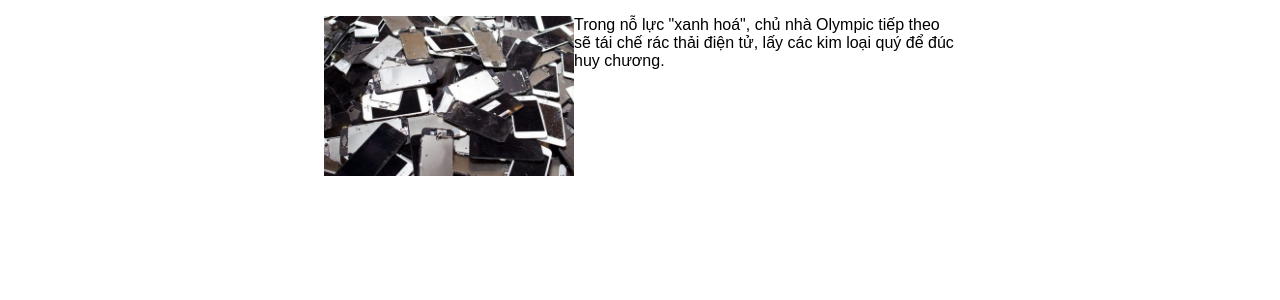
Repository: tuiladev/TKW
Page: CSS/Bai2/index.html
The author's editor kept a copy of each file at every save. The page is drawn from the files as they stood at one save, then again after a run of saves.
The browser window is 1280 px wide. The pictures show the whole page.

Above is the page before, as saved 2022-04-05 23:30:04.

### CSS/Bai2/index.html
<!DOCTYPE html>
<html lang="en">
   <head>
      <meta charset="UTF-8" />
      <title>21115053120156 - Dang Van Trung</title>
      <link rel="stylesheet" href="./style.css" />
   </head>
   <body>
      <div class="news">
         <img src="./images/anh1.jpg" alt="" class="news__img" align="left" />
         <p class="|">
            Trong nỗ lực "xanh hoá", chủ nhà Olympic tiếp theo sẽ tái chế rác thải điện tử, lấy các kim
            loại quý để đúc huy chương.
         </p>
      </div>
   </body>
</html>

### CSS/Bai2/style.css
body {
   font-family: sans-serif;
}
.news {
   width: 50%;
   margin: 0 auto;
}
.news__title {
   font-size: 24px;
   margin-bottom: 12px;
}
.news__img {
   width: 250px;
   height: 160px;
   object-fit: cover;
}
.news__desc {
   font-size: 20px;
   line-height: 1.5;
   margin: 0;
}

After the next 2 saves:
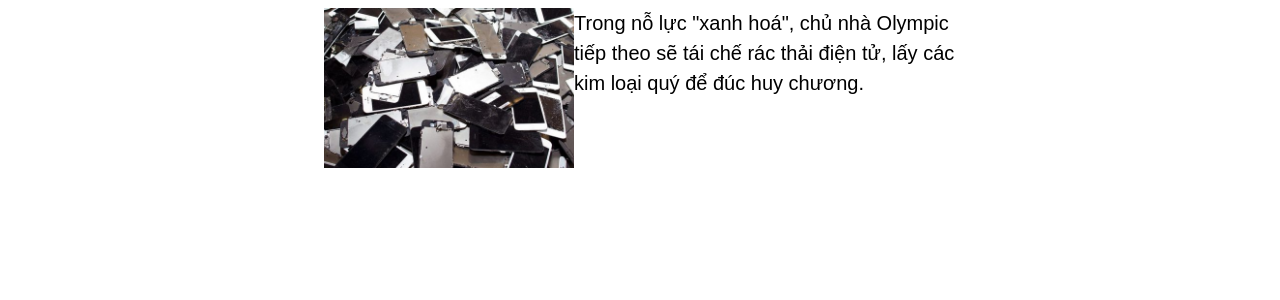
The 2 saves are shown as one change because they came seconds apart.
The last was saved 6 s later.
--- a/CSS/Bai2/index.html
+++ b/CSS/Bai2/index.html
@@ -8,9 +8,9 @@
    <body>
       <div class="news">
          <img src="./images/anh1.jpg" alt="" class="news__img" align="left" />
-         <p class="|">
-            Trong nỗ lực "xanh hoá", chủ nhà Olympic tiếp theo sẽ tái chế rác thải điện tử, lấy các kim
-            loại quý để đúc huy chương.
+         <p class="news__desc">
+            Trong nỗ lực "xanh hoá", chủ nhà Olympic tiếp theo sẽ tái chế rác thải điện tử, lấy các
+            kim loại quý để đúc huy chương.
          </p>
       </div>
    </body>
